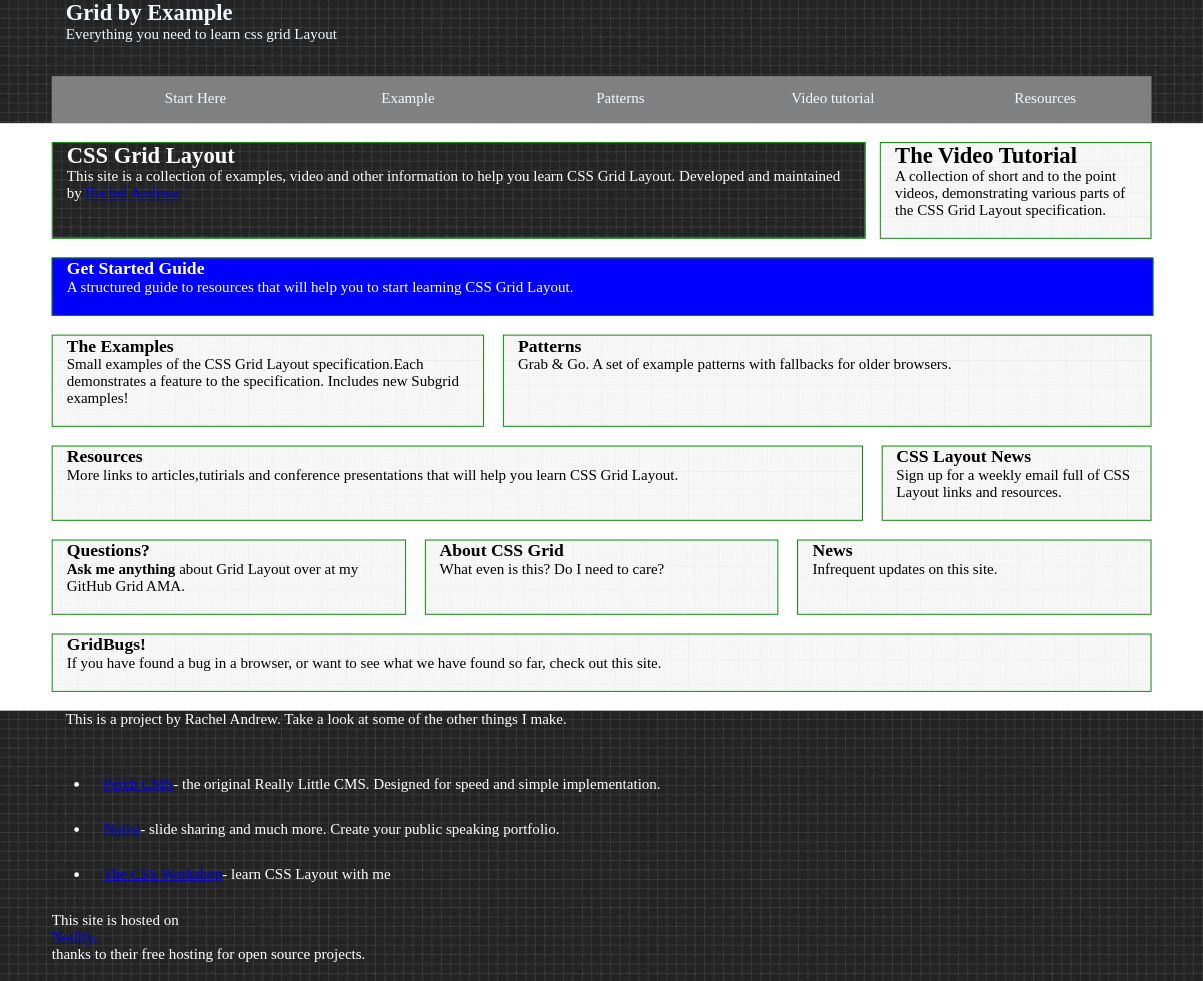
Repository: sitikhusushan/grid
Page: index.html
These files come from the project's save history. The page is drawn as it stood at one moment and after the next save; the edit follows.
The browser window is 1280 px wide. The pictures show the whole page, at 94% of full size.

Above is the page before, as saved 2020-05-12 23:40:49.

### index.html
<!DOCTYPE html>
<html lang="en">
  <head>
    <meta charset="UTF-8" />
    <meta name="viewport" content="width=device-width, initial-scale=1.0" />
    <title>Grid View</title>
    <link rel="stylesheet" href="style.css" />
  </head>
  <body>
    <div class="header">
      <div class="container">
        <h2>Grid by Example</h2>
        <p>Everything you need to learn css grid Layout</p>
        <ul>
          <li>Start Here</li>
          <li>Example</li>
          <li>Patterns</li>
          <li>Video tutorial</li>
          <li>Resources</li>
        </ul>
      </div>
    </div>
    <div class="layout">
      <div class="container">
        <div class="layouts">
        <div class="left">
          <h2>CSS Grid Layout</h2>
          <p>
            This site is a collection of examples, video and other information
            to help you learn CSS Grid Layout. Developed and maintained by
            <a href="#">Rachel Andrew.</a>
          </p>
        </div>
        <div class="right">
          <h2>The Video Tutorial</h2>
          <p>
            A collection of short and to the point videos, demonstrating various
            parts of the CSS Grid Layout specification.
          </p>
        </div>
      </div>
    </div>
    </div>
    <div class="guide ">
      <div class="container">
        <div class="guides">
        <h3>Get Started Guide</h3>
        <p>
          A structured guide to resources that will help you to start learning
          CSS Grid Layout.
        </p>
      </div>
      </div>
    </div>
    <div class="new">
      <div class="container">
        <div class="news">
        <div class="left">
          <h3>The Examples</h3>
          <p>
            Small examples of the CSS Grid Layout specification.Each
            demonstrates a feature to the specification. Includes new Subgrid
            examples!
          </p>
        </div>
        <div class="right">
          <h3>Patterns</h3>
          <p>
            Grab & Go. A set of example patterns with fallbacks for older
            browsers.
          </p>
        </div>
      </div>
    </div>
    </div>
    <div class="resources">
      <div class="container">
        <div class="rs">
        <div class="left">
          <h3>Resources</h3>
          <p>
            More links to articles,tutirials and conference presentations that
            will help you learn CSS Grid Layout.
          </p>
        </div>
        <div class="right">
          <h3>CSS Layout News</h3>
          <p>
            Sign up for a weekly email full of CSS Layout links and resources.
          </p>
        </div>
      </div>
    </div>
    </div>
    <div class="question">
      <div class="container">
        <div class="qs">
        <div class="left">
          <h3>Questions?</h3>
          <p>
            <b>Ask me anything</b> about Grid Layout over at my GitHub Grid AMA.
          </p>
        </div>
        <div class="middle">
          <h3>About CSS Grid</h3>
          <p>What even is this? Do I need to care?</p>
        </div>
        <div class="right">
          <h3>News</h3>
          <p>Infrequent updates on this site.</p>
        </div>
      </div>
      </div>
    </div>
    <div class="bugs">
      <div class="container">
        <div class="bug">
        <h3>GridBugs!</h3>
        <p>
          If you have found a bug in a browser, or want to see what we have
          found so far, check out this site.
        </p>
      </div>
    </div>
    </div>
  <footer>
    <div class="foo">
      <div class="container">
      <p>This is a project by Rachel Andrew. Take a look at some of the other things I make.
        <ul>
          <li><a href="#">Perch CMS</a>- the original Really Little CMS. Designed for speed and simple implementation.</li>
          <li><a href="#">Notist</a>- slide sharing and much more. Create your public speaking portfolio.</li>
          <li><a href="#">The CSS Workshop</a>- learn CSS Layout with me</li>
        </ul>
        This site is hosted on <a href="#">Netilfy,</a>thanks to their free hosting for open source projects.
      </p>
      </div>
    </div>
  </footer>
  </body>
</html>

### style.css
body {
  padding: 0px;
  margin: 0px;
}

.container {
  display: grid;
  width: 1170px;
  margin-left: auto;
  margin-right: auto;
  max-width: 100%;
  padding-left: 15px;
  padding-right: 15px;
}

/* * {
  -webkit-box-sizing: border-box;
  -moz-box-sizing: border-box;
  box-sizing: border-box;
} */

.header {
  background-image: url("image/inflicted.png");
  color: aliceblue;
}

.header ul {
  background-color: grey;
}

.header ul {
  list-style: none;
  display: grid;
  grid-template-columns: repeat(5, 1fr);
  grid-auto-rows: 50px;
  margin-bottom: auto;
  text-align: center;
}
li {
  padding: 15px;
}

li:hover {
  background-color: black;
}

.layout .left {
  background-image: url("image/inflicted.png");
  color: #ffffff;
}

.right {
  background-image: url("image/tiny_grid.png");
}

.guides {
  width: 100%;
  background-color: blue;
  color: #ffffff;
  border: solid 1px green;
}

.left {
  background-image: url("image/tiny_grid.png");
}

.middle {
  background-image: url("image/tiny_grid.png");
}

.bug {
  background-image: url("image/tiny_grid.png");
  margin-bottom: 20px;
  border: solid 1px green;
}

footer {
  background-image: url("image/inflicted.png");
  color: #ffffff;
}

.layouts {
  display: grid;
  grid-template-columns: 3fr 1fr;
  grid-gap: 15px;
  margin-top: 20px;
  margin-bottom: 20px;
}

.layouts > div,
.news > div,
.rs > div,
.qs > div {
  border: solid 1px green;
}

.news {
  display: grid;
  grid-template-columns: 2fr 3fr;
  grid-gap: 20px;
  margin-top: 20px;
  margin-bottom: 20px;
}

.rs {
  display: grid;
  grid-template-columns: 3fr 1fr;
  grid-gap: 20px;
}

.qs {
  display: grid;
  grid-template-columns: 1fr 1fr 1fr;
  grid-gap: 20px;
  margin-top: 20px;
  margin-bottom: 20px;
}

h3,
p,
h2 {
  margin: 0px;
  padding-left: 15px;
  padding-right: 15px;
}

p {
  margin-bottom: 20px;
}

After the next save:
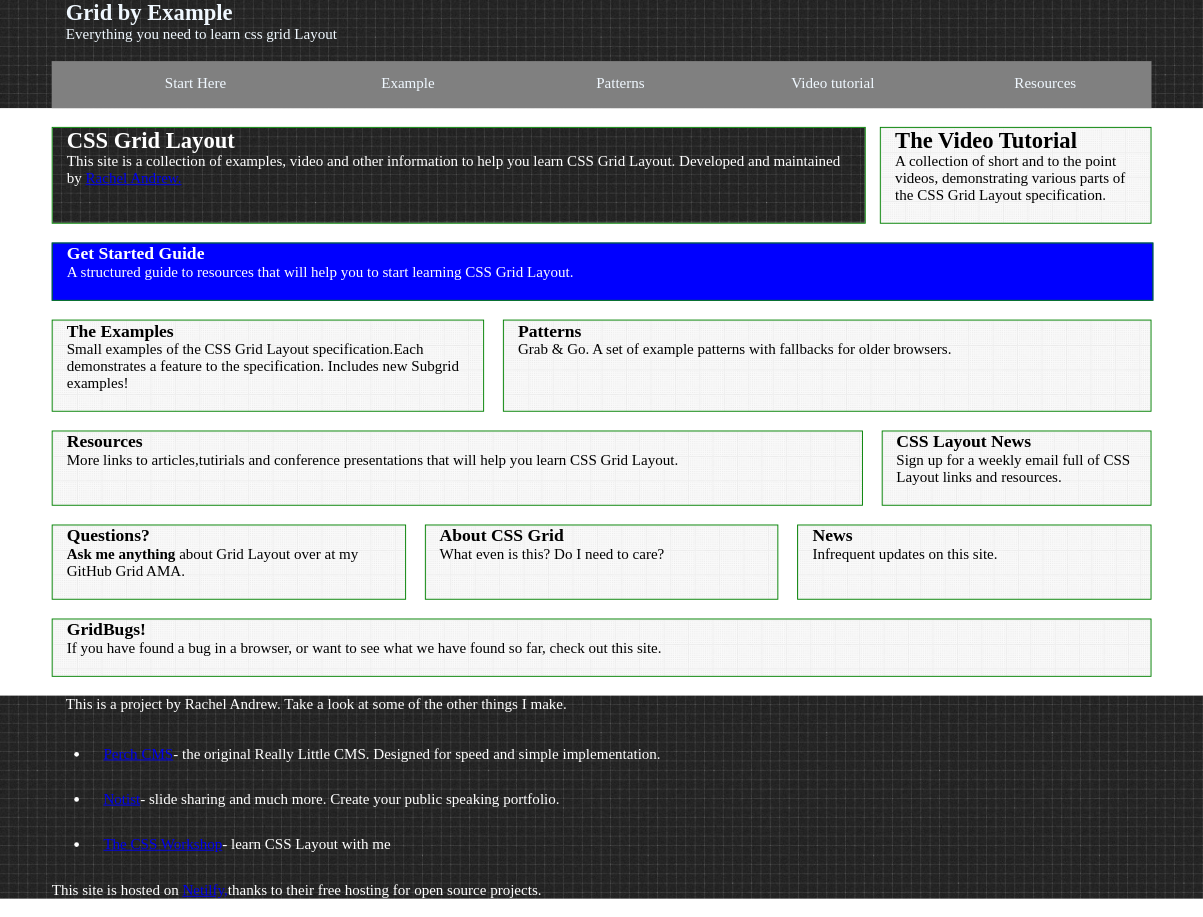
Saved 67 s later.
--- a/style.css
+++ b/style.css
@@ -4,7 +4,6 @@ body {
 }
 
 .container {
-  display: grid;
   width: 1170px;
   margin-left: auto;
   margin-right: auto;
